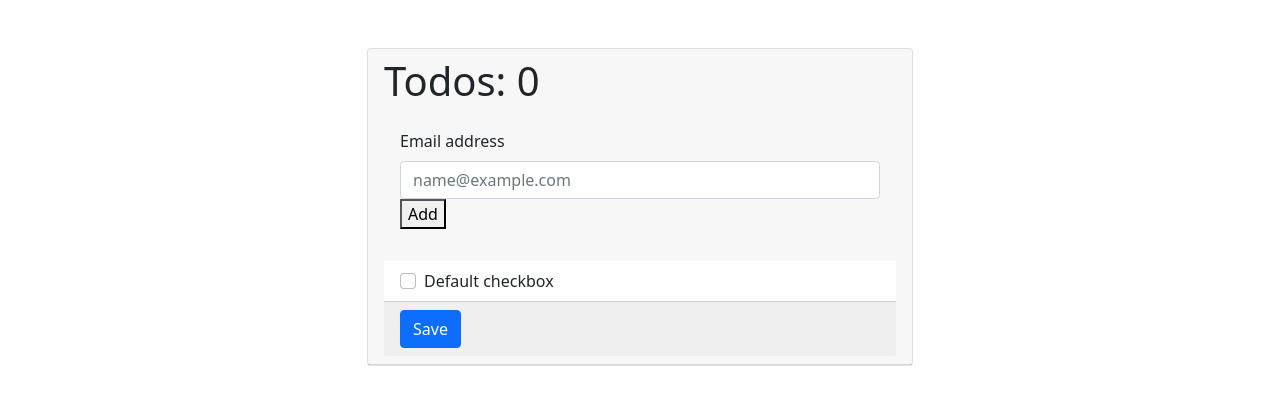
Repository: saidabbasun/TODO-react-redux
Page: /
These files come from the project's save history. The page is drawn as it stood at one moment and after the next save; the edit follows.
The browser window is 1280 px wide. The pictures show the whole page.
The project was rebuilt for these pictures with package versions that can differ from the ones it lists, and the page was loaded fresh each time.

Above is the page before, as saved 2022-05-17 12:05:40.

After the next save:
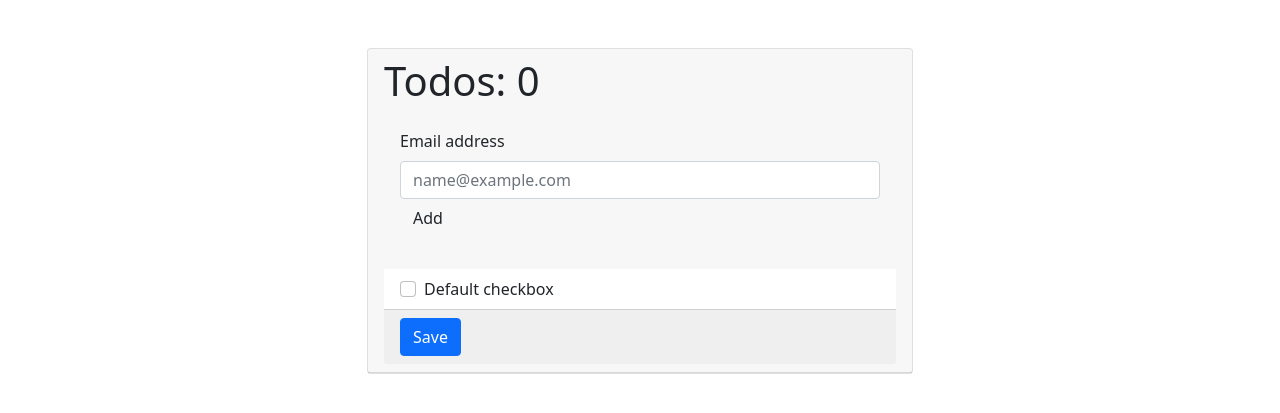
Saved 8 s later.
--- a/src/App.jsx
+++ b/src/App.jsx
@@ -12,7 +12,7 @@ function App() {
   <label for="exampleFormControlInput1" class="form-label">Email address</label>
   <input type="email" class="form-control" id="exampleFormControlInput1" placeholder="name@example.com"/>
 
-  <button className="btn-succes"> Add</button>
+  <button className=" btn btn-succes"> Add</button>
 </form>
                 </div>
                   <ul class="list-group list-group-flush">
